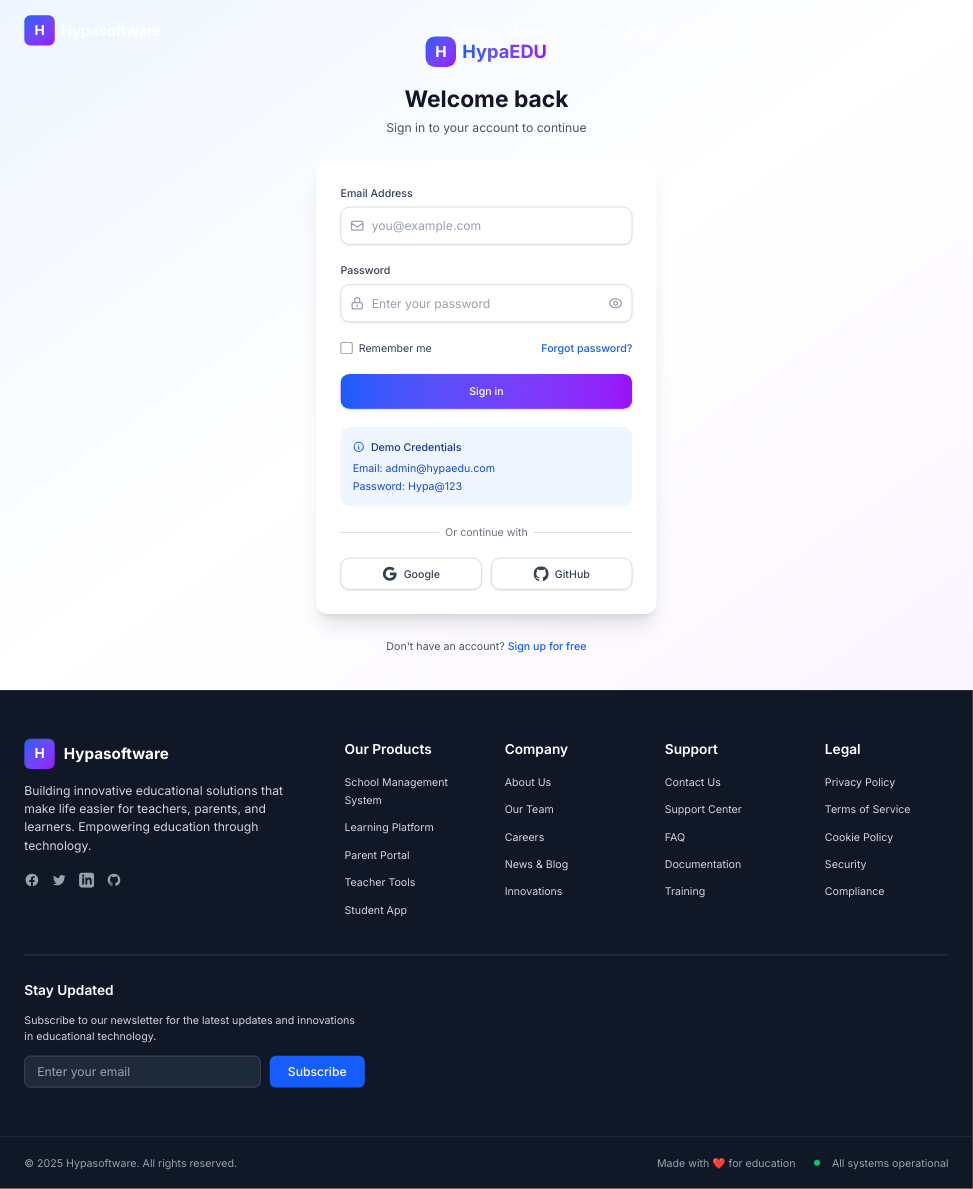
Repository: kenyi-mic/hypasoftware
Page: /login
The author's editor kept a copy of each file at every save. The page is drawn from the files as they stood at one save, then again after the next save.
The browser window is 1280 px wide. The pictures show the whole page, at 76% of full size.
The project was rebuilt for these pictures with package versions that can differ from the ones it lists, and the page was loaded fresh each time. The framework's server and built-in components were replaced by stand-ins that run in the browser. Also part of the build but not shown: next.config.ts, components/SearchBar.tsx, components/MobileMenu.tsx.

Above is the page before, as saved 2026-06-22 06:13:03.

After the next save:
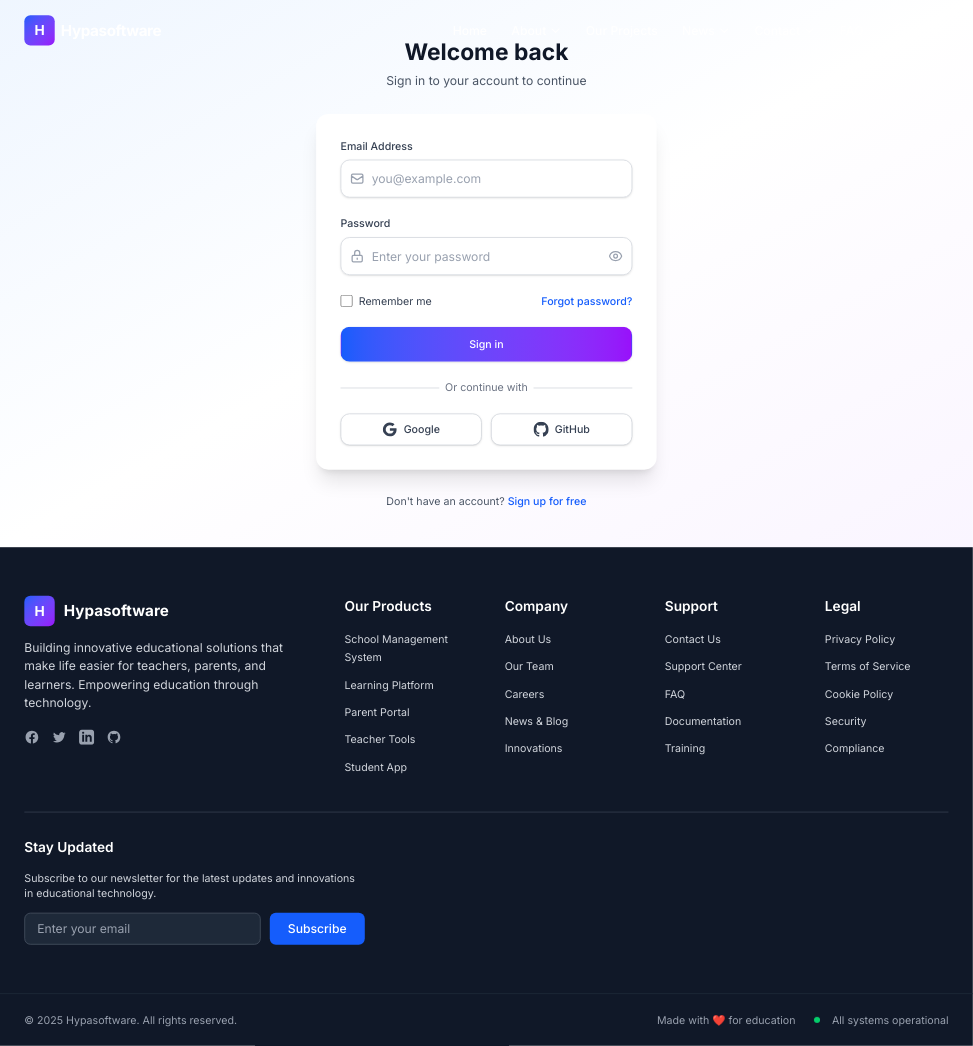
Saved 2 min 54 s later.
--- a/app/login/page.tsx
+++ b/app/login/page.tsx
@@ -99,18 +99,7 @@ const LoginPage = () => {
   return (
     <div className="min-h-screen bg-gradient-to-br from-blue-50 via-white to-purple-50 flex items-center justify-center py-12 px-4 sm:px-6 lg:px-8">
       <div className="max-w-md w-full space-y-8">
-        {/* Logo & Header */}
         <div className="text-center">
-          <Link href="/" className="inline-block">
-            <div className="flex items-center justify-center gap-2 mb-6">
-              <div className="w-10 h-10 bg-gradient-to-br from-blue-600 to-purple-600 rounded-xl flex items-center justify-center">
-                <span className="text-white font-bold text-xl">H</span>
-              </div>
-              <span className="text-2xl font-bold bg-gradient-to-r from-blue-600 to-purple-600 bg-clip-text text-transparent">
-                HypaEDU
-              </span>
-            </div>
-          </Link>
           <h2 className="text-3xl font-bold text-gray-900 mb-2">
             Welcome back
           </h2>
@@ -326,32 +315,6 @@ const LoginPage = () => {
                 "Sign in"
               )}
             </button>
-
-            {/* Demo Credentials */}
-            <div className="bg-blue-50 rounded-xl p-4">
-              <div className="flex items-center gap-2 mb-2">
-                <svg
-                  className="w-4 h-4 text-blue-600"
-                  fill="none"
-                  stroke="currentColor"
-                  viewBox="0 0 24 24"
-                >
-                  <path
-                    strokeLinecap="round"
-                    strokeLinejoin="round"
-                    strokeWidth={2}
-                    d="M13 16h-1v-4h-1m1-4h.01M21 12a9 9 0 11-18 0 9 9 0 0118 0z"
-                  />
-                </svg>
-                <span className="text-sm font-medium text-blue-900">
-                  Demo Credentials
-                </span>
-              </div>
-              <div className="space-y-1 text-sm text-blue-700">
-                <p>Email: admin@hypaedu.com</p>
-                <p>Password: Hypa@123</p>
-              </div>
-            </div>
           </form>
 
           {/* Divider */}
